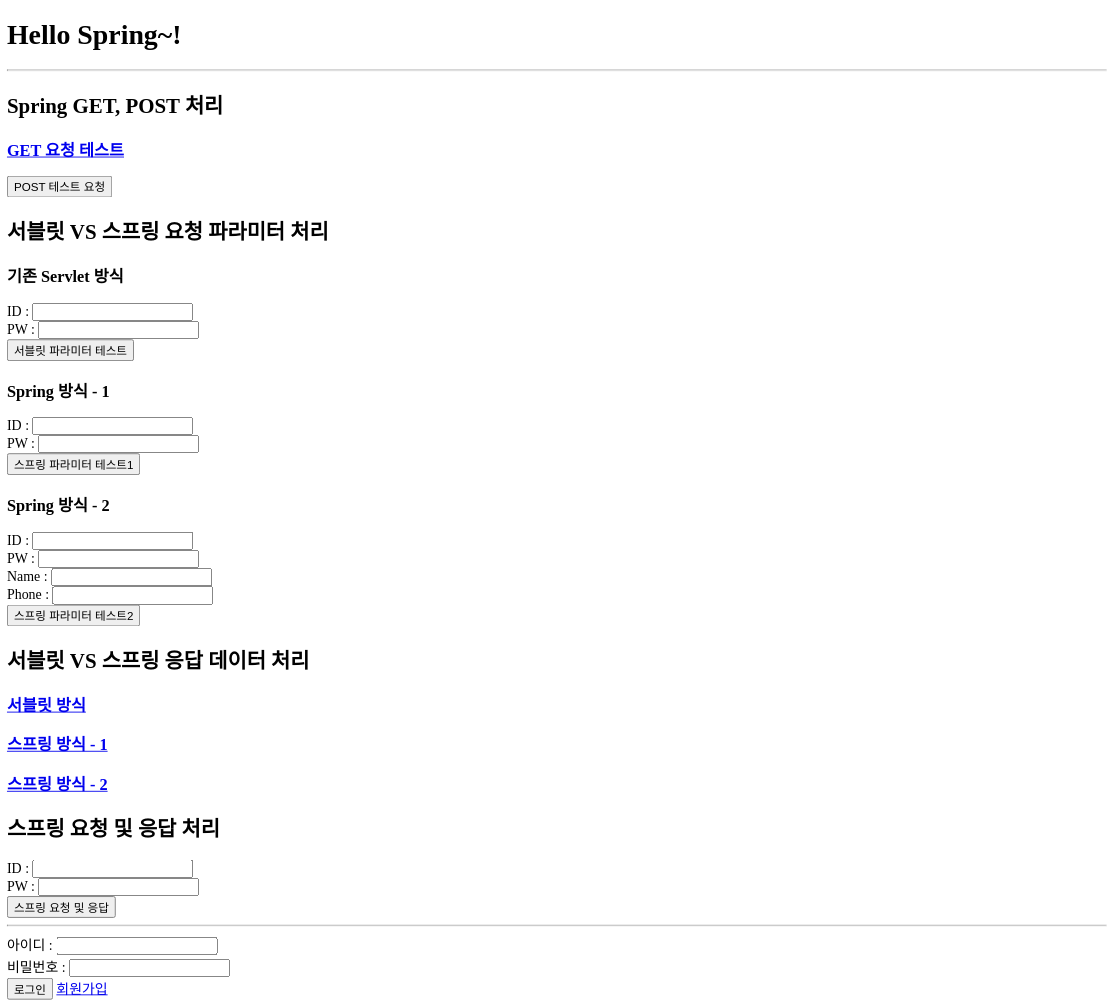
Repository: wona-owo/Spring
Page: http://localhost/00_spring/
The author's editor kept a copy of each file at every save. The page is drawn from the files as they stood at one save, then again after the next save.
The browser window is 1280 px wide. The pictures show the whole page, at 87% of full size.
The page is served by Tomcat 9.

Above is the page before, as saved 2024-12-03 06:19:17.

After the next save:
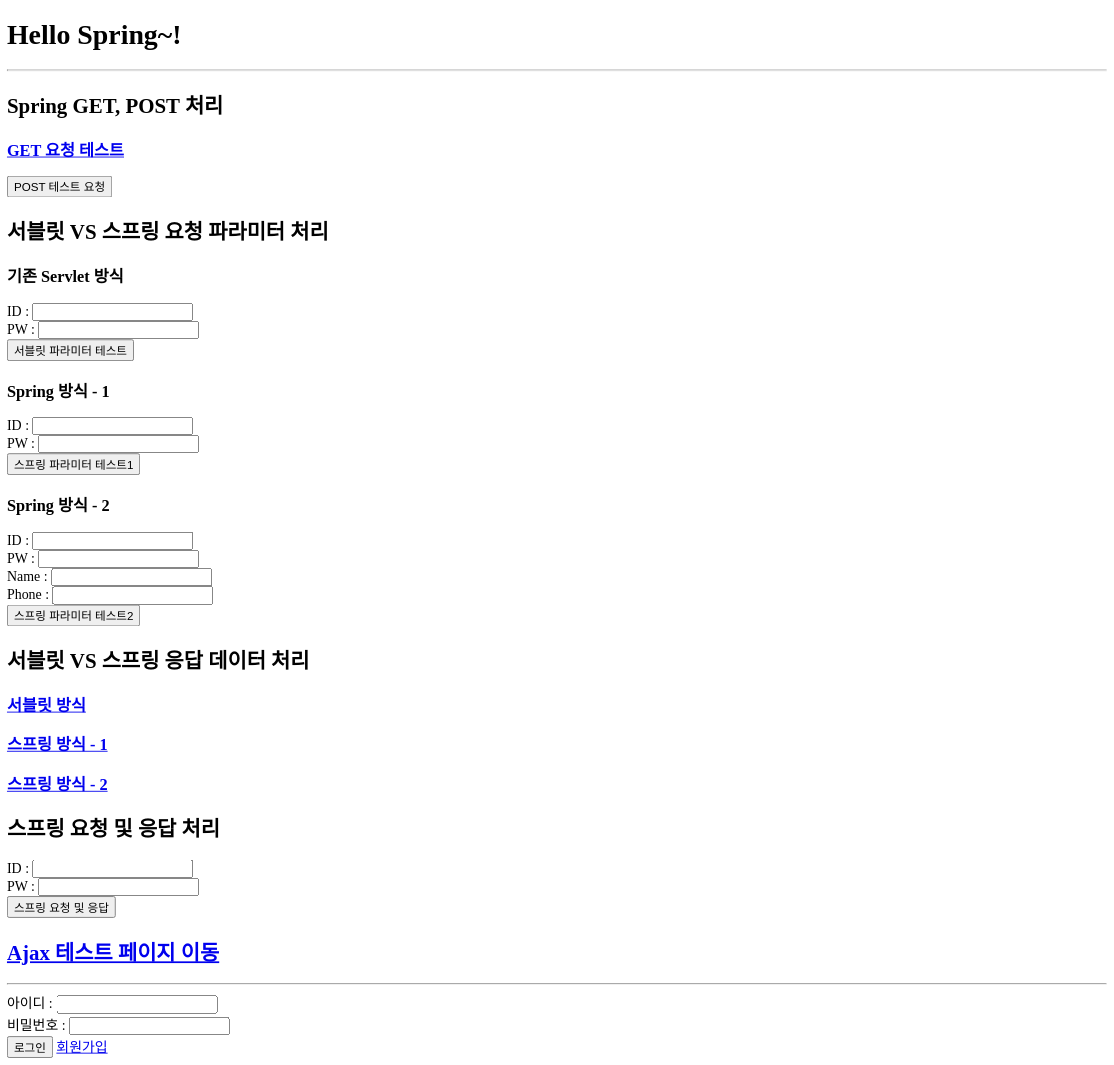
Saved 2 min 40 s later.
--- a/00_spring/src/main/webapp/index.jsp
+++ b/00_spring/src/main/webapp/index.jsp
@@ -83,6 +83,10 @@
 	 	<input type="submit" value="스프링 요청 및 응답">
 	 </form>
 
+
+	 <h2><a href="/ajax/movePage.kh">Ajax 테스트 페이지 이동</a></h2>
+
+
 	  <hr>
 
 	  <c:if test="${empty loginMember}">
